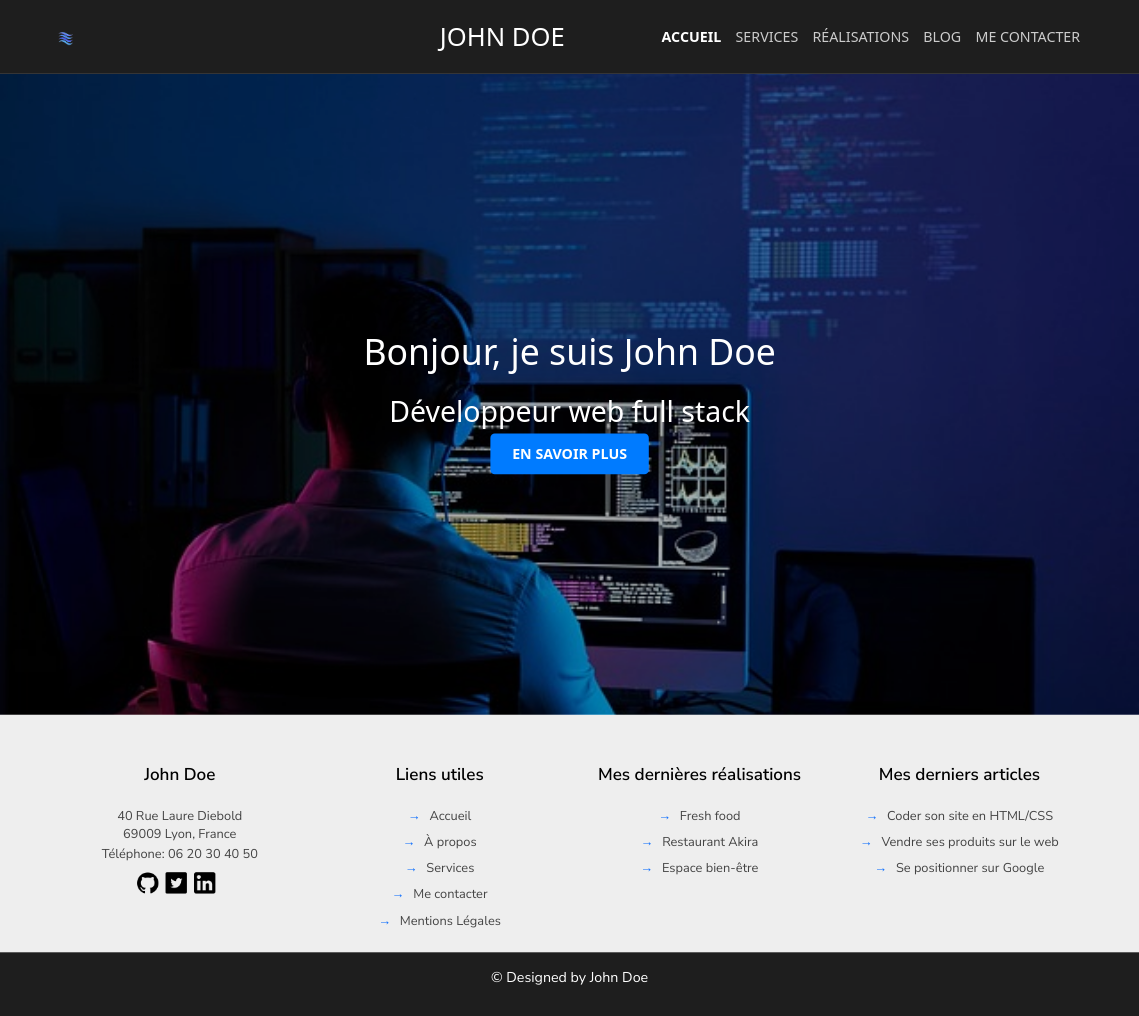
Repository: MagicCogs/optimisation-de-cv
Page: /
The author's editor kept a copy of each file at every save. The page is drawn from the files as they stood at one save, then again after the next save.
The browser window is 1280 px wide. The pictures show the whole page, at 89% of full size.
The project was rebuilt for these pictures with package versions that can differ from the ones it lists, and the page was loaded fresh each time. Also part of the build but not shown: src/pages/Apropos.jsx, src/pages/Services.jsx, src/pages/Realisations.jsx, src/pages/Blog.jsx, src/pages/Contact.jsx, src/pages/MentionsLegales.jsx.

Above is the page before, as saved 2024-12-15 15:45:59.

After the next save:
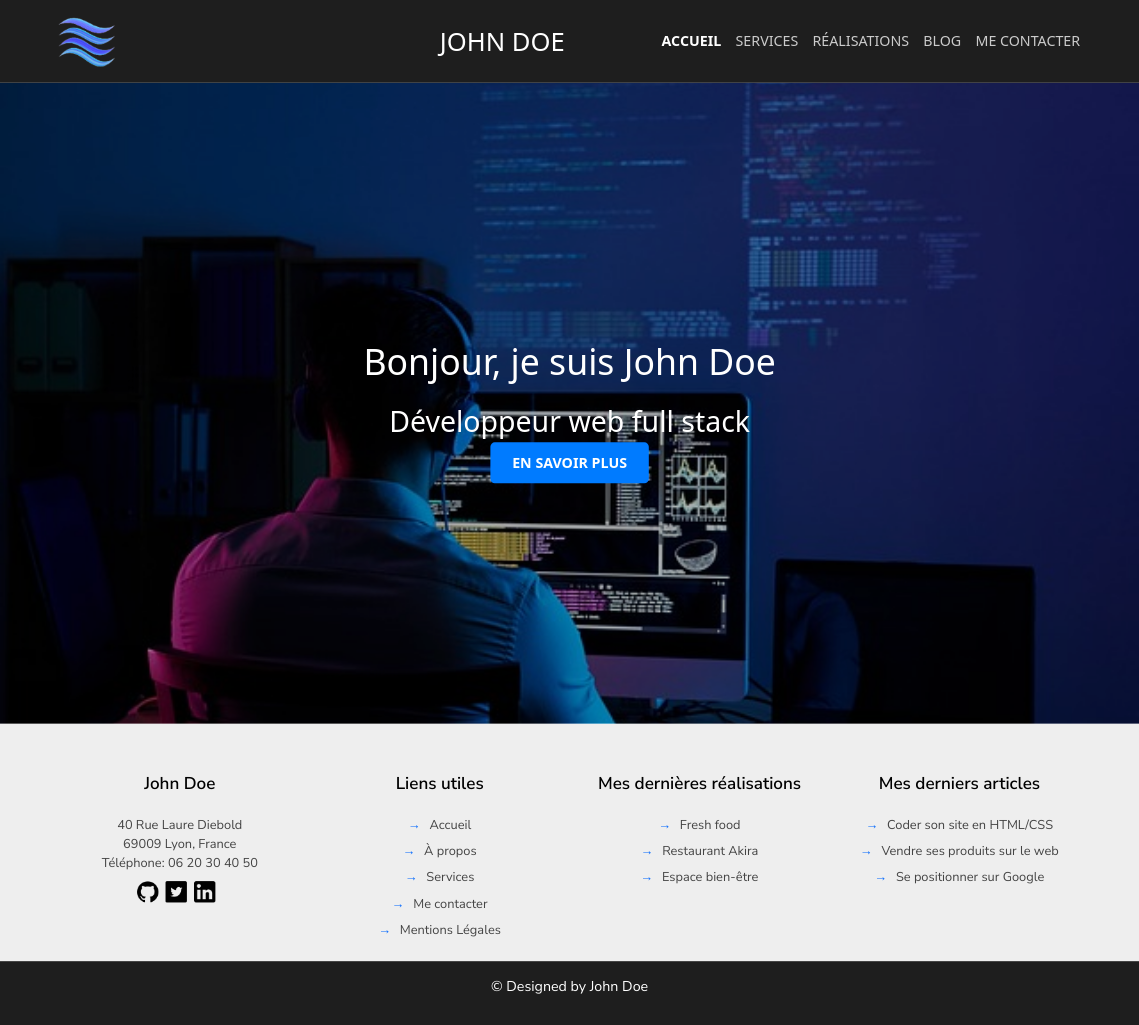
Saved 6 s later.
--- a/src/styles/header.css
+++ b/src/styles/header.css
@@ -13,7 +13,7 @@
   }
 
   .logo {
-    width: 5%;
+    width: 20%;
   }
 
   .header h1 {
